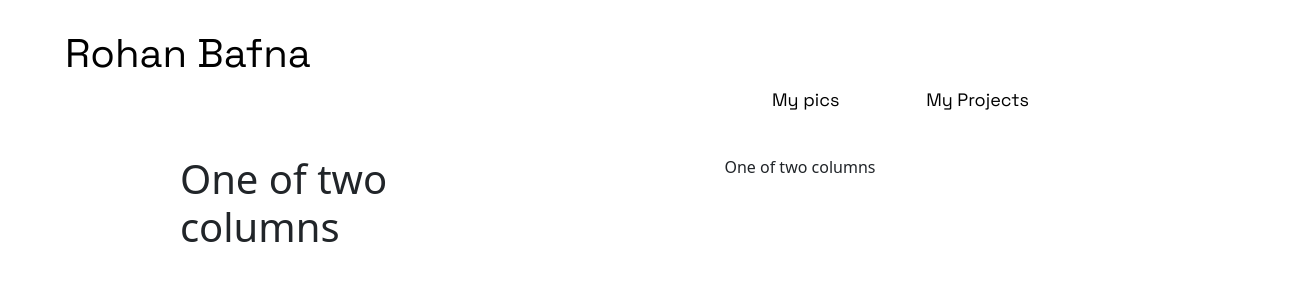
Repository: rbafna6507/rbafna6507.github.io
Page: actualprojects.html
The author's editor kept a copy of each file at every save. The page is drawn from the files as they stood at one save, then again after the next save.
The browser window is 1280 px wide. The page is 1310 px wide, so the pictures cover 1310 px, including what lies to the right of the window. The pictures show the whole page.

Above is the page before, as saved 2020-12-20 16:57:57.

After the next save:
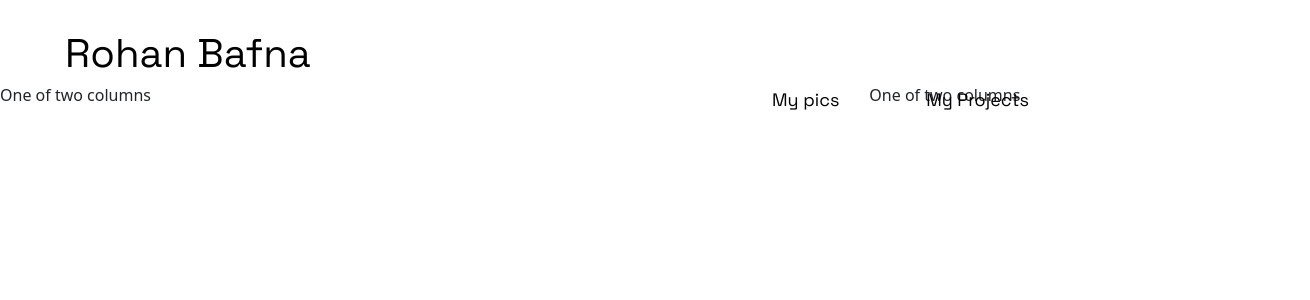
Saved 3 min 20 s later.
--- a/actualprojects.html
+++ b/actualprojects.html
@@ -23,13 +23,9 @@
             </div>
         </header>
     </div>
-    <br>
-    <br>
-    <br>
-    <br>
-    <div class="row justify-content-evenly">
+    <div class="row justify-content-between">
         <div class="col-4">
-          <h1>One of two columns</h1>
+          One of two columns
         </div>
         <div class="col-4">
           One of two columns
